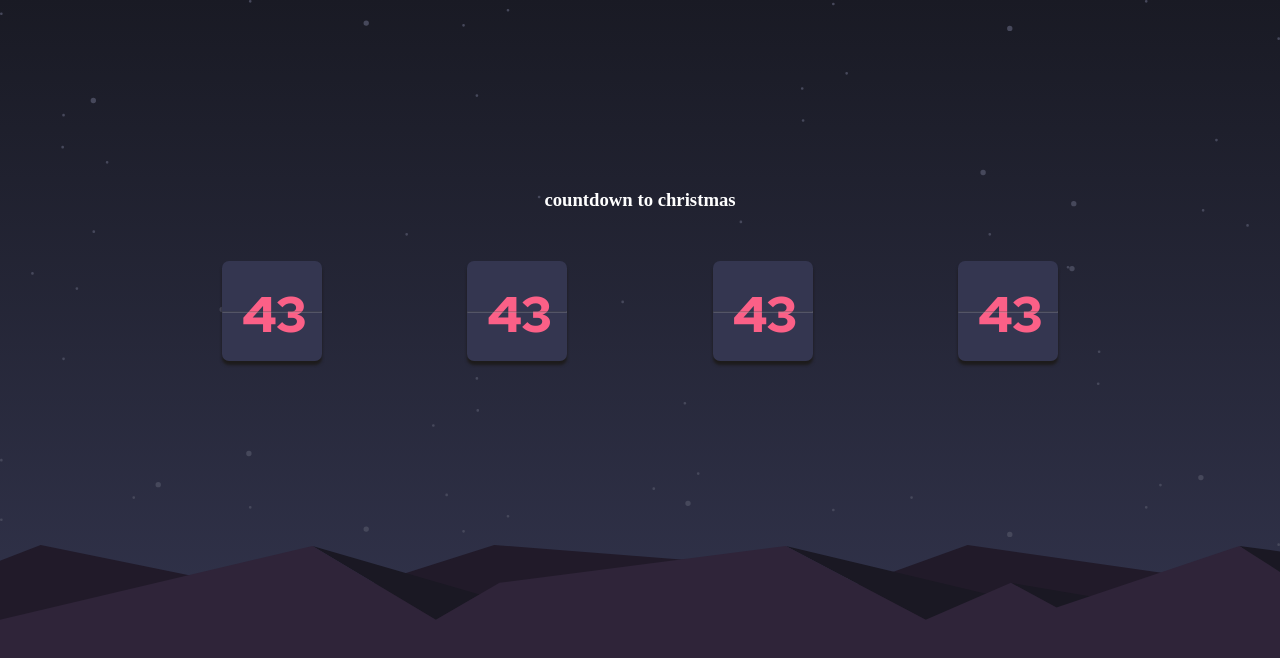
Repository: Eugene44-hub/countdown
Page: index.html
These files come from the project's save history. The page is drawn as it stood at one moment and after the next save; the edit follows.
The browser window is 1280 px wide. The pictures show the whole page.

Above is the page before, as saved 2021-09-12 03:31:23.

After the next save:
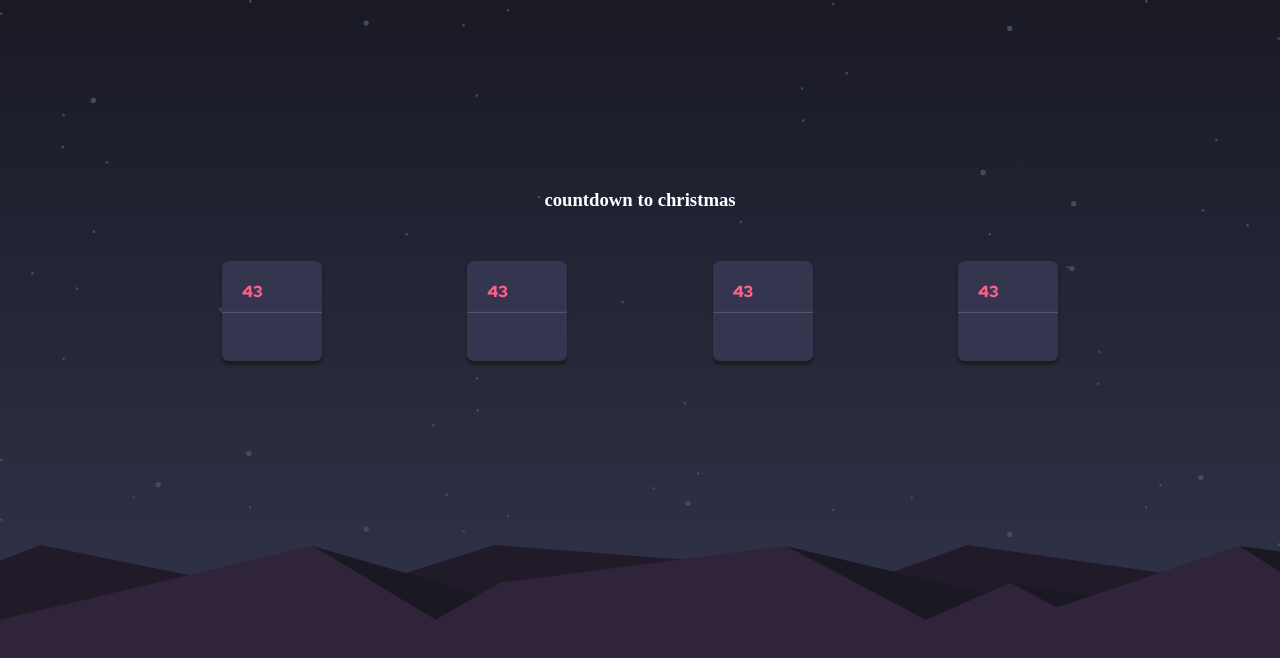
Saved 10 s later.
--- a/style.css
+++ b/style.css
@@ -54,7 +54,6 @@
 }
 
 p {
-    font-size: 50px;
     font-family: 'Red Hat Text';
     color: hsl(345, 95%, 68%);
     position: absolute;

After the save that followed:
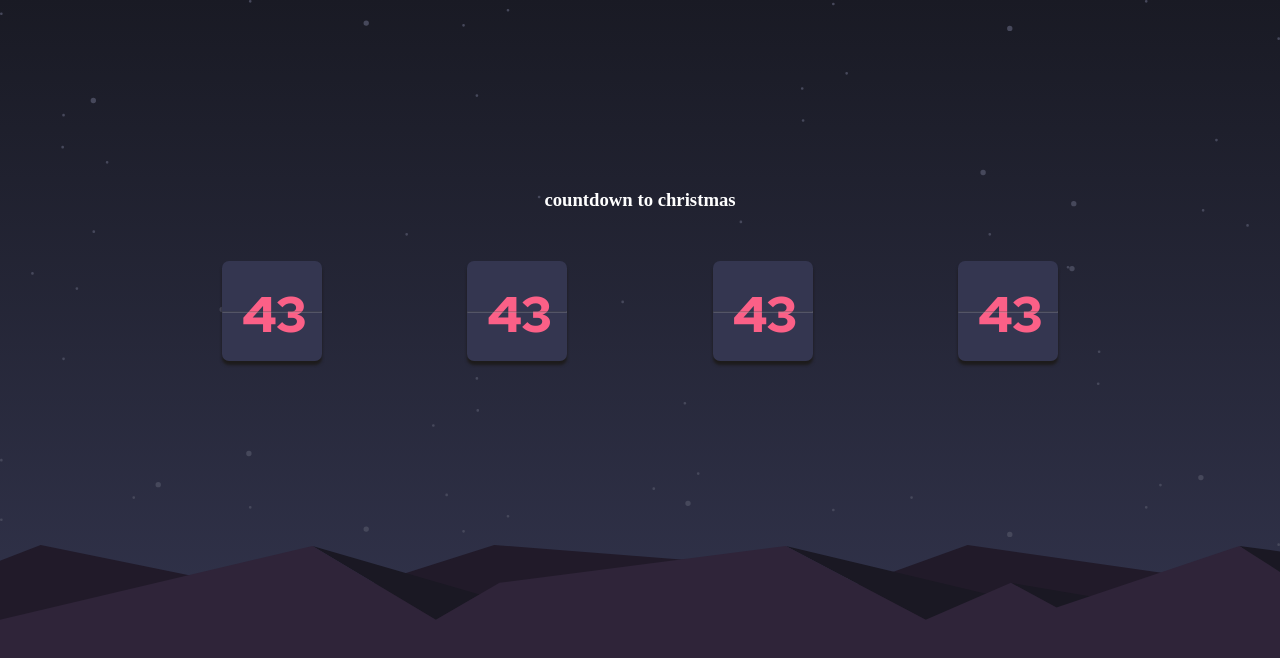
Saved 7 s later.
--- a/style.css
+++ b/style.css
@@ -54,6 +54,7 @@
 }
 
 p {
+    font-size: 50px;
     font-family: 'Red Hat Text';
     color: hsl(345, 95%, 68%);
     position: absolute;
